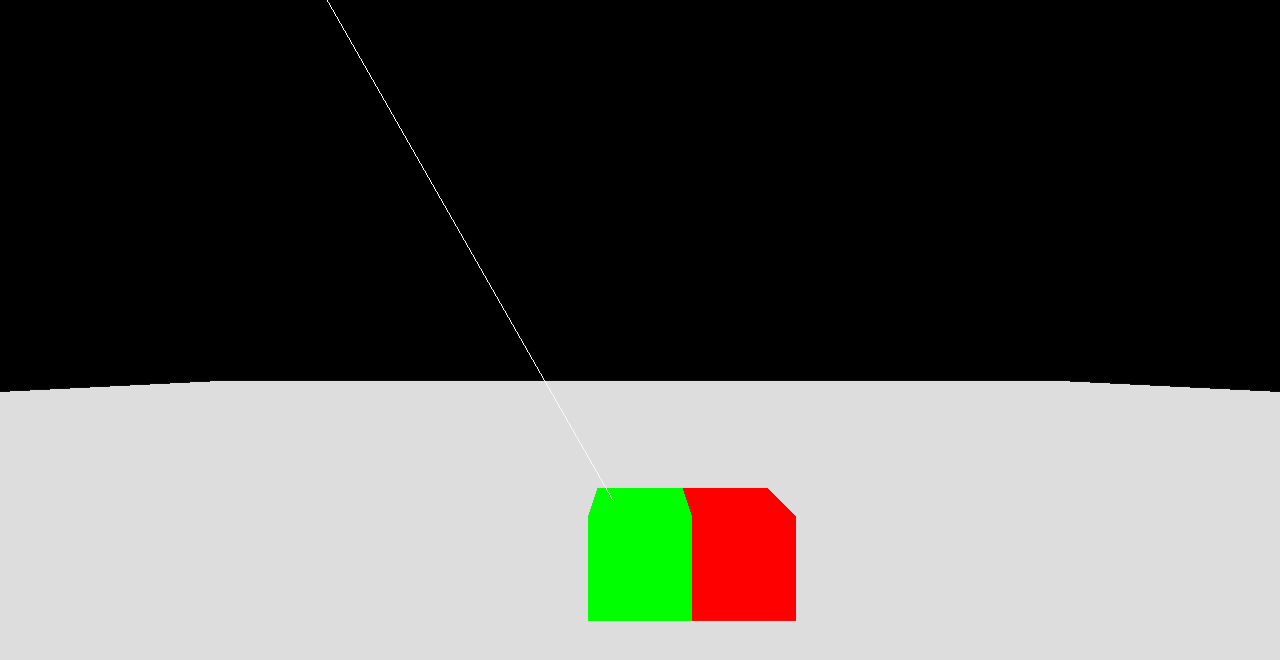
Repository: SanjoSolutions/projects
Page: minecraft/index.html
An editor plug-in stored every save of this project. The page is shown before and after the next save, followed by the edit.
The browser window is 1280 px wide. The pictures show the whole page.
Some web libraries are served in a nearby version.

Above is the page before, as saved 2020-08-31 19:34:16.

After the next save:
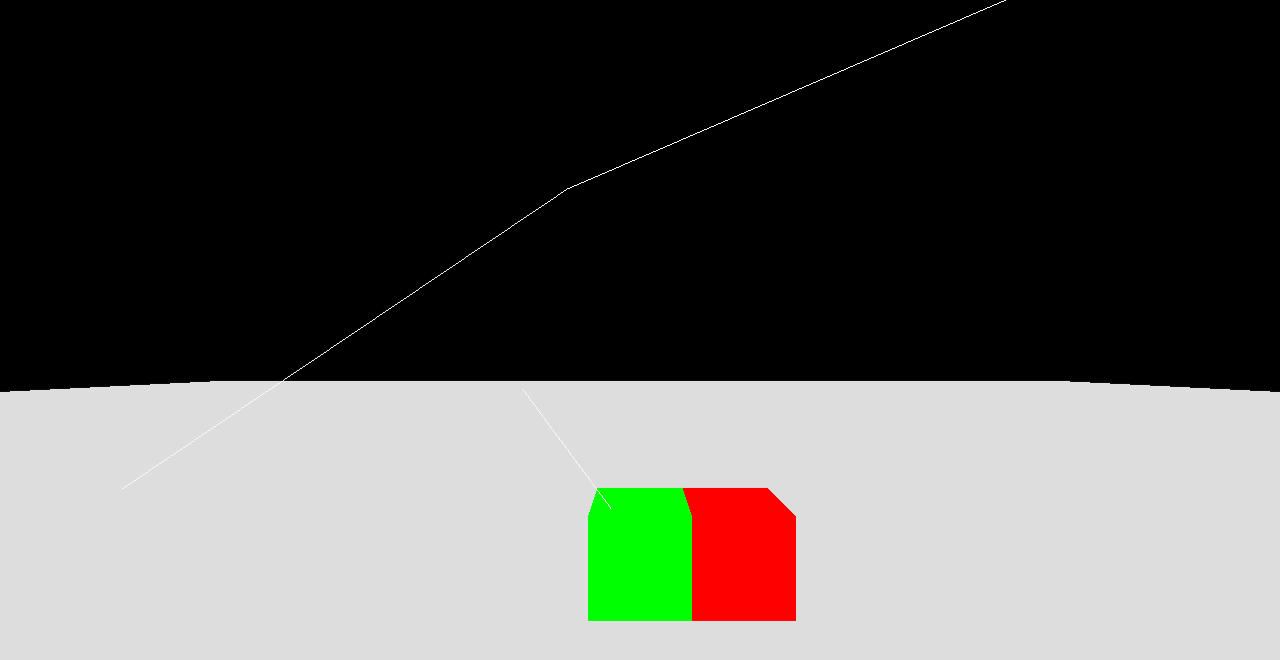
Saved 9 s later.
--- a/minecraft/index.js
+++ b/minecraft/index.js
@@ -88,8 +88,8 @@ function createHemisphereLight() {
 function createDirectionalLight() {
   const directionalLight = new THREE.DirectionalLight(0xffffff, 1)
   directionalLight.color.setHSL(0.1, 1, 0.95)
-  directionalLight.position.set(-1, 1.75, 0)
-  directionalLight.position.multiplyScalar(30)
+  directionalLight.position.set(-1, 1.75, 1)
+  directionalLight.position.multiplyScalar(1)
 
   directionalLight.castShadow = true
 
